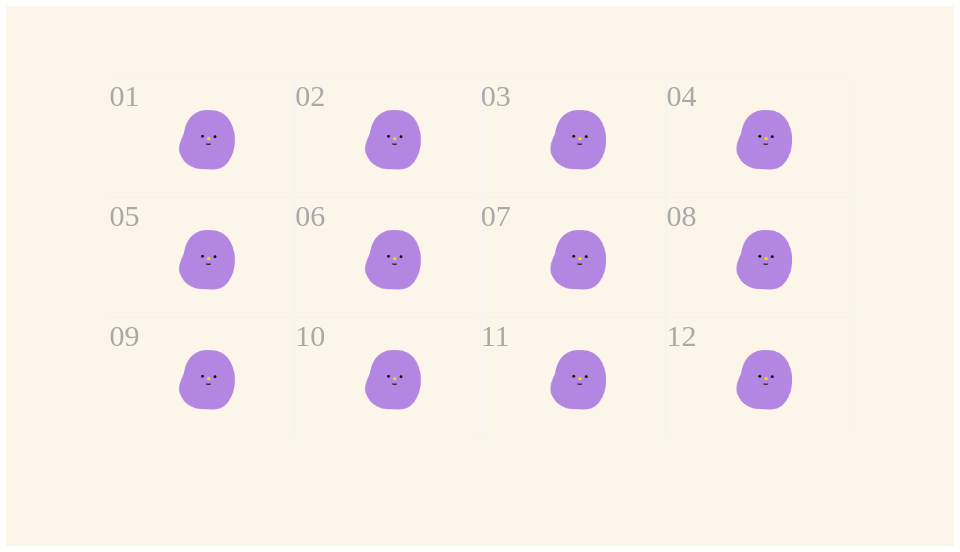
Repository: IMHANA/diary
Page: /monthly
An editor plug-in stored every save of this project. The page is shown before and after the next save, followed by the edit.
The browser window is 1280 px wide. The pictures show the whole page, at 75% of full size.
The page's requests for data from a server got no answer. The project was rebuilt for these pictures with package versions that can differ from the ones it lists, and the page was loaded fresh each time. No one was signed in, and anything a server would have sent is missing. Also part of the build but not shown: src/App.css, src/pages/Main/index.js, src/pages/AddTag/addTag.css, src/pages/AddTag/index.js, src/pages/DayList/index.js, src/pages/NewDay/newDay.css, src/components/customSketchField/polyfill.js, src/components/customSketchField/history/index.js and 18 more.

Above is the page before, as saved 2021-08-24 22:13:06.

After the next save:
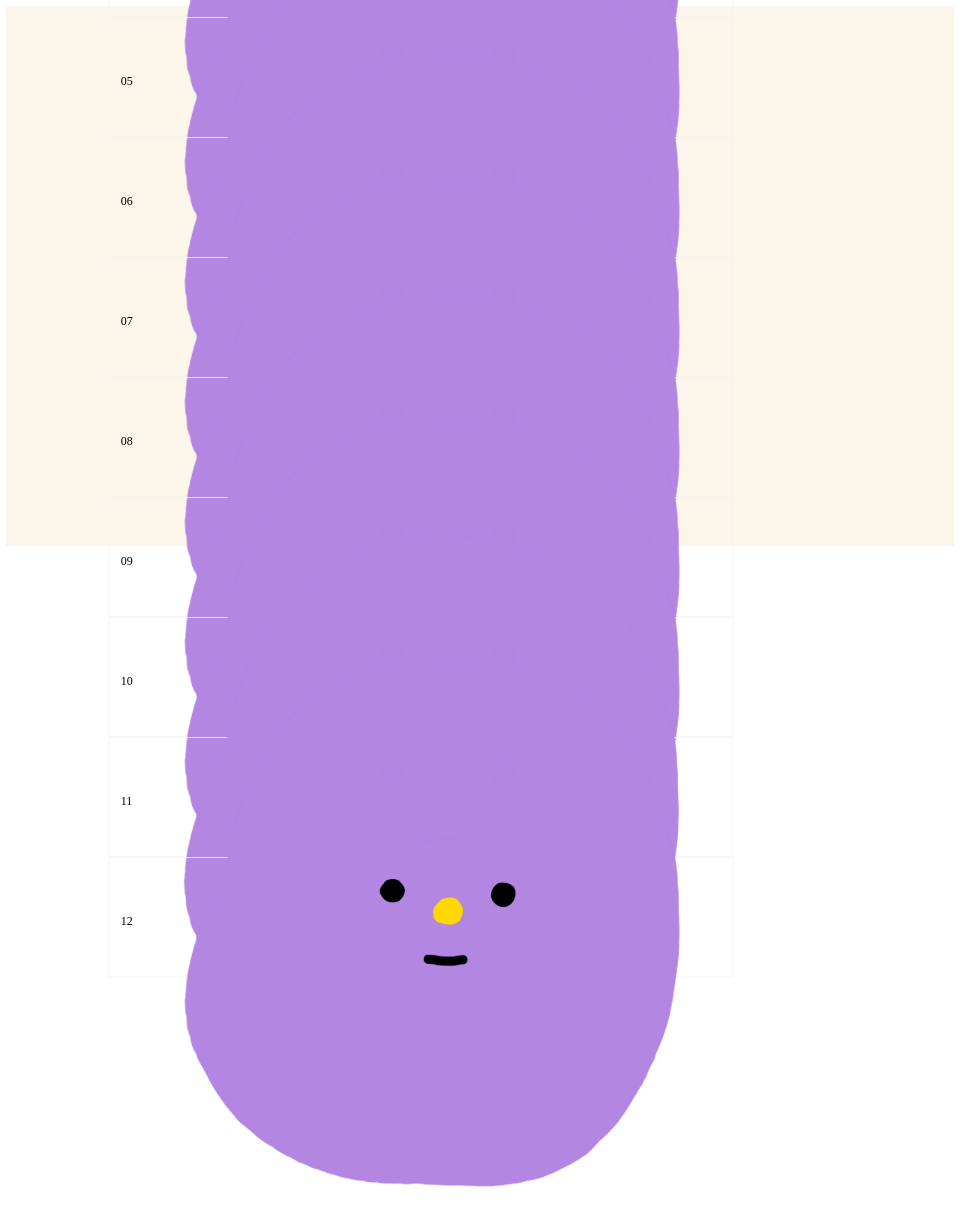
Saved 53 s later.
--- a/src/pages/Month/index.js
+++ b/src/pages/Month/index.js
@@ -151,17 +151,12 @@
           {realArr.map((arr, idx) => {
             return (
               <div key={idx} className="calendar-item">
-                <span
-                  className="title"
-                  {...`${arr.month}`}
-                  onClick={this.goDayList}
-                >
+                <span className={`${arr.month}`} onClick={this.goDayList}>
                   {arr.month}
                 </span>
                 <div>
                   <img
-                    className="sticker"
-                    {...`${arr.month}`}
+                    className={`${arr.month}`}
                     src={`/image/${arr.emoji}.png`}
                     alt="이미지 설명"
                     title="마우스 오버 시 나오는 설명"

After the save that followed:
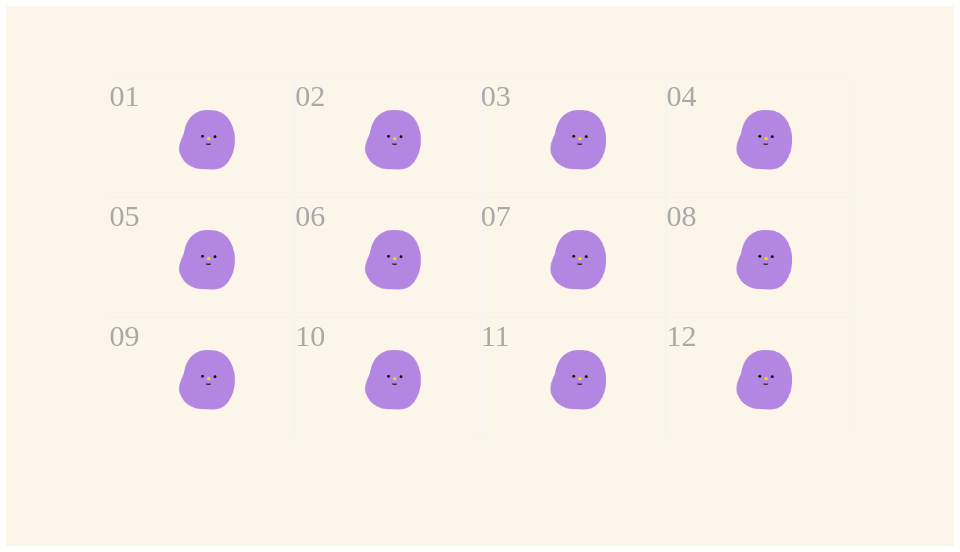
Saved 2 min 8 s later.
--- a/src/pages/Month/index.js
+++ b/src/pages/Month/index.js
@@ -151,12 +151,13 @@
           {realArr.map((arr, idx) => {
             return (
               <div key={idx} className="calendar-item">
-                <span className={`${arr.month}`} onClick={this.goDayList}>
+                <span className={`${arr.month} title`} onClick={this.goDayList}>
                   {arr.month}
                 </span>
                 <div>
                   <img
-                    className={`${arr.month}`}
+                    className="sticker"
+                    {...`${arr.month}`}
                     src={`/image/${arr.emoji}.png`}
                     alt="이미지 설명"
                     title="마우스 오버 시 나오는 설명"
